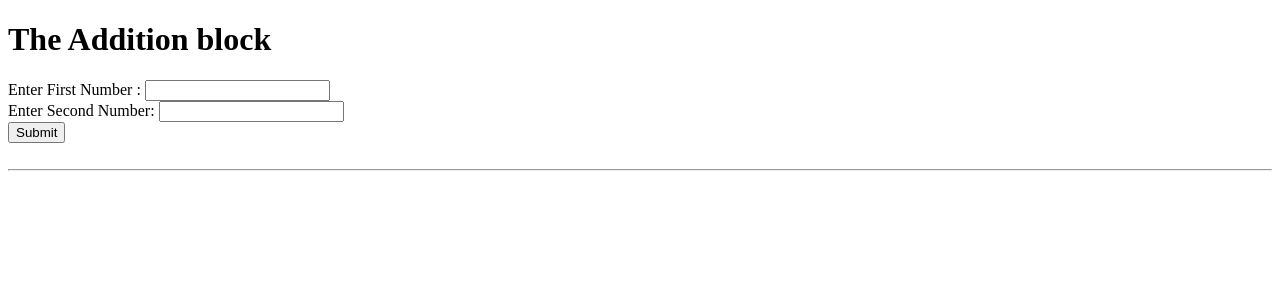
Repository: kunalquantum/jsp2
Page: demoApp/src/main/webapp/index2.html
These files come from the project's save history. The page is drawn as it stood at one moment and after the next save; the edit follows.
The browser window is 1280 px wide. The pictures show the whole page.

Above is the page before, as saved 2024-06-12 06:54:30.

After the next save:
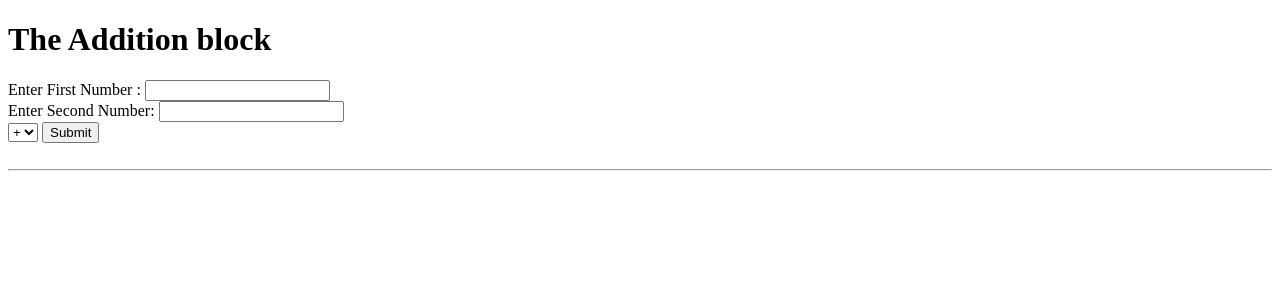
Saved 16 min 28 s later.
--- a/demoApp/src/main/webapp/index2.html
+++ b/demoApp/src/main/webapp/index2.html
@@ -12,6 +12,13 @@
 Enter First Number : <input type="text" name="num1"><br>
 Enter Second Number: <input type="text" name="num2"><br>
 
+<select name="operation">
+            <option value="+">+</option>
+            <option value="-">-</option>
+            <option value="*">*</option>
+            <option value="/">/</option>
+</select>
+
 
 <input type="submit"><br>
 
